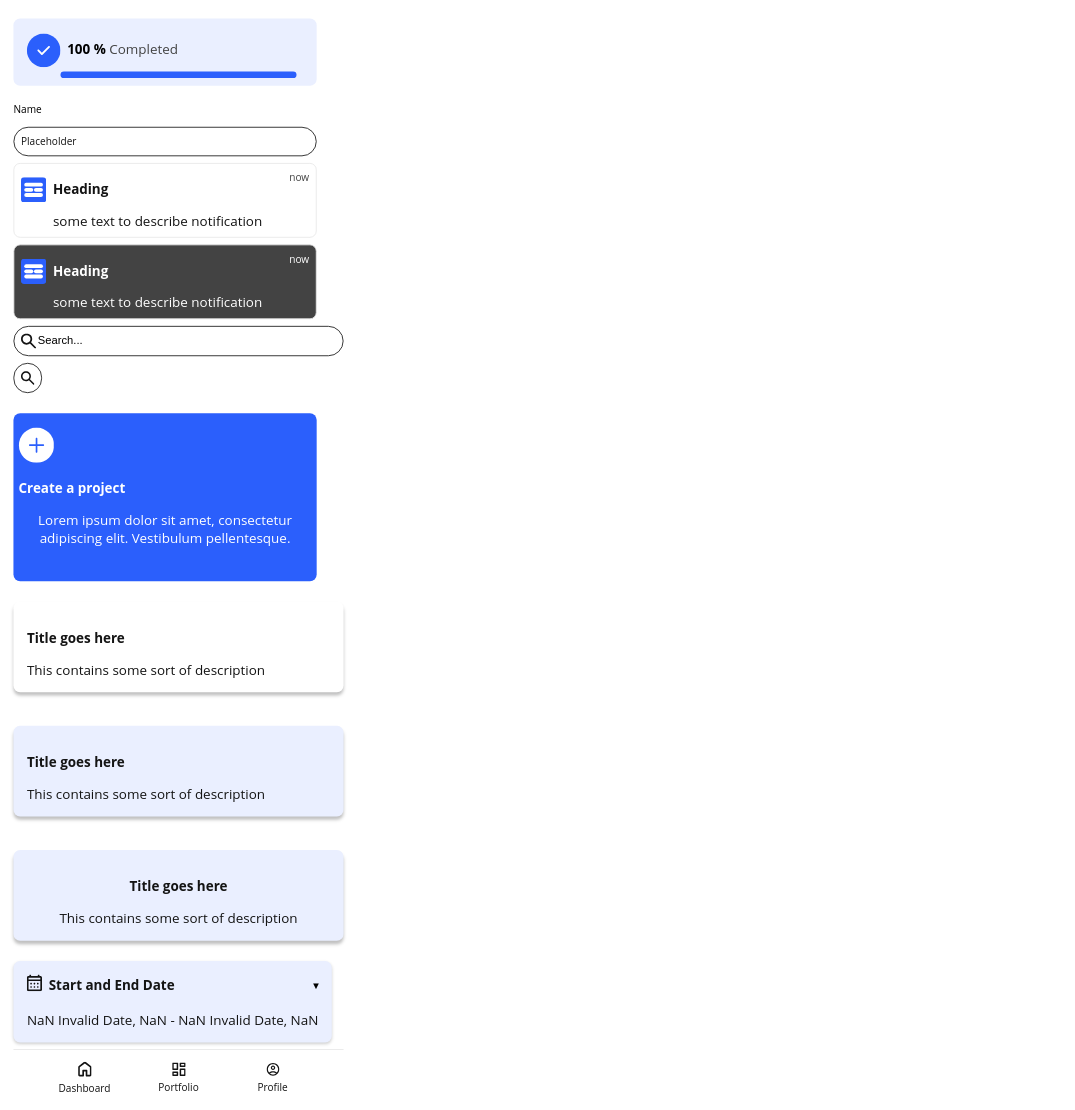
Repository: brunaguarizo/mosaic_app
Page: /
The author's editor kept a copy of each file at every save. The page is drawn from the files as they stood at one save, then again after the next save.
The browser window is 1280 px wide. The pictures show the whole page, at 84% of full size.
The project was rebuilt for these pictures with package versions that can differ from the ones it lists, and the page was loaded fresh each time. The framework's server and built-in components were replaced by stand-ins that run in the browser. Also part of the build but not shown: next.config.mjs, app/_ui/Button/Button.js, app/_ui/Tag/Tag.js, app/_ui/Project_card/Project_card.js, app/_ui/Date_PopUp/Date_PopUp.module.css, app/_ui/Date_PopUp/Date_PopUp.js.

Above is the page before, as saved 2025-04-18 20:25:44.

### app/page.js
import Styles from "@/app/page.module.css";
import Navbar from "@/app/_ui/navbar/navbar";
import ProjectCard from "./_ui/Project_card/Project_card";
import Button from "./_ui/Button/Button";
import DatePicker from "./_ui/Date_PopUp/Date_PopUp";
import DateCard from "./_ui/Date_Card/Date_Card";
import CreateProject from "./_ui/Create_Project_Button/Create_Project_Button";
import DescriptionBox from "./_ui/Description_Box/Description_Box";
import Searchbar from "./_ui/Search_Bar/Search_Bar";
import Headingbar from "./_ui/Heading_Bar/Heading_Bar";
import NotificationBox from "./_ui/Notification_Box/Notification_Box";
import ProgressBar from "./_ui/Progress_Bar/Progress_Bar";
import SingleInput from "./_ui/Input_Box/Input_Box";

export default function Home() {
    return (
        <div className={Styles.container}>
            <Headingbar
                heading='Heading'
                type='navigation'
            />
            <Headingbar
                heading='Heading'
                type='pagination'
            />
            <Headingbar
                heading='Heading'
                type='search'
            />
            <Headingbar
                heading='Heading'
                type='heading'
            />
            <ProgressBar CompletionAmount={100} />
            <SingleInput
                inputName='Name'
                placeholder='Placeholder'
            />
            <NotificationBox
                type='primary'
                notificationHeading='Heading'
                notificationBody='some text to describe notification'
                image='mosaic-favicon'
                time='now'
            />
            <NotificationBox
                type='secondary'
                notificationHeading='Heading'
                notificationBody='some text to describe notification'
                image='mosaic-favicon'
                time='now'
            />
            <Searchbar type='primary' />
            <Searchbar
                type='secondary'
                inputView='invisible'
            />

            <CreateProject />
            <DescriptionBox
                title='Title goes here'
                description='This contains some sort of description'
                useCase='primary'
            />
            <DescriptionBox
                title='Title goes here'
                description='This contains some sort of description'
                useCase='secondary'
            />
            <DescriptionBox
                title='Title goes here'
                description='This contains some sort of description'
                useCase='conditions'
            />
            <DateCard />
            <Navbar />
        </div>
    );
}

### app/globals.css
/* ------------------------------------------------------ GENERAL STYLES ------------------------------------------------------ */
*,
*::before,
*::after {
    box-sizing: inherit;
}

html,
body {
    padding: 0;
    margin: 0;
    font-family: var(--font-family);
    box-sizing: border-box;
}

html {
    display: flex;
    justify-content: center;
    align-items: center;
    width: 393px;
    height: 100%;
    margin: var(--space-regular);
}

.container {
}

.two-column {
    display: grid;
    grid-template-columns: 1fr 1fr;
    gap: var(--space-large);
}

/* ------------------------------------------------------ VARIABLES ------------------------------------------------------ */
:root {
    /* ----- COLORS ----- */
    --blue-primary: rgb(43, 95, 252);
    --blue-50: rgb(234, 239, 255);
    --blue-900: rgb(18, 40, 106);
    --white: #ffffff;
    --black: rgb(20, 20, 20);
    --grey-400: rgb(67, 67, 67);
    --yellow-secondary: rgb(255, 218, 1);
    --orange-secondary: rgb(255, 94, 9);
    --green-secondary: rgb(0, 193, 79);
    --purple-secondary: rgb(154, 65, 255);

    /* ----- TYPE ----- */
    --font-family: "Open Sans", sans-serif;

    --header-xxlarge-size: 88px;
    --title-section-font-size: 30px;
    --button-font-size: 24px;
    --body-text-font-size: 20px;
    --menu-font-size: 16px;
    --label-font-size: 12px;

    --font-style-normal: normal;
    --font-weight-bold: bold;

    --line-height-xxlarge: 100px;
    --line-height-large: 36px;
    --line-height-medium: 28px;
    --line-height-small: 20px;

    /* ----- SPACING ----- */
    --space-small: 8px;
    --space-regular: 16px;
    --space-medium: 32px;
    --space-large: 48px;
    --space-extra-large: 140px;
}

### app/_ui/navbar/navbar.module.css

.nav {
    width: 393px;
    height: 72px;
    justify-content: center;
    align-items: center;
    display: flex;
    flex-direction: row;
    padding: 0;
    margin: 0;
    gap: var(--space-large);
    border-top: 1px solid var(--grey-50);
}

.navbar__item {
    display: flex;
    flex-direction: column;
    justify-content: center;
    align-items: center;
    gap: 4px;
    text-decoration: none;
    width: 60px;
    height: 44px;
    padding-left: 32px;
    padding-right: 32px;
    margin: 0;
}

.navbar__icon {
    max-width: 16px;
    padding: 0;
    margin: 0;
    fill: var(--black);
}

.navbar__text {
    color: var(--black);
    font-size: var(--label-font-size);
    font-weight: var(--font-weight-400);
    line-height: var(--line-height-small);
    text-decoration: none;
    padding: 0;
    margin: 0;
}

.navbar__item:hover .navbar__text,
.navbar__item:hover .navbar__icon,
.navbar__item:active .navbar__text,
.navbar__item:active .navbar__icon {
  color: var(--blue-primary);
  fill: var(--blue-primary);
}

/* ------------------------------------------------------ VARIABLES ------------------------------------------------------ */
:root {
    /* ----- COLORS ----- */
    --blue-primary: rgb(43,95,252);
    --blue-50: rgb(234, 239, 255);
    --blue-900: rgb(18, 40, 106);
    --white: #FFFFFF;
    --grey-50: #E8E8E8;
    --black: rgb(20, 20, 20);
    --grey-400: rgb(67, 67, 67);
    --yellow-secondary: rgb(255, 218, 1);
    --orange-secondary: rgb(255, 94, 9);
    --green-secondary: rgb(0, 193, 79);
    --purple-secondary: rgb(154, 65, 255);

    /* ----- TYPE ----- */
    --font-family: "Open Sans", sans-serif;

    --header-xxlarge-size: 88px;
    --title-section-font-size: 30px;
    --button-font-size: 24px;
    --body-text-font-size: 20px;
    --menu-font-size: 16px;
    --label-font-size: 12px;

    --font-style-normal: normal;
    --font-weight-bold: bold;

    --line-height-xxlarge: 100px;
    --line-height-large: 36px;
    --line-height-medium: 28px;
    --line-height-small: 20px;

    /* ----- SPACING ----- */
    --space-small: 8px;
    --space-regular: 16px;
    --space-medium: 32px;
    --space-large: 48px;
    --space-extra-large: 88px;
  }

### app/_ui/Button/Button.module.css
.button {
    font-family: var(--font-family);
    font-size: var(--font-size-regular);
    font-weight: var(--font-weight-bold);
    width: 100%;
    padding-top: var(--space-small);
    padding-left: var(--space-regular);
    padding-right: var(--space-regular);
    padding-bottom: var(--space-small);
    border-radius: 100px;
    align-items: center;
    border: none;

    &:hover {
        background-color: var(--blue-900);
        color: var(--white);
    }
}

.primary {
    background: var(--blue-primary);
    color: var(--white);
}

.secondary {
    background-color: var(--white);
    border: 1px solid var(--blue-primary);
    color: var(--blue-primary);
}

.disabled {
    pointer-events: none;
    color: var(--white);
    background-color: var(--blue-100);
}

.small {
    font-size: var(--font-size-small);
    padding: var(--space-small);
    align-items: center;
}

.large {
    font-size: var(--font-size-large);
    padding: var(--space-regular);
}

.error {
    background-color: var(--orange-secondary);
}

/* ------------------------------------------------------ VARIABLES ------------------------------------------------------ */
:root {
    /* ----- COLORS ----- */
    --blue-primary: rgb(43, 95, 252);
    --blue-50: rgb(234, 239, 255);
    --blue-100: #bdcdfe;
    --blue-900: rgb(18, 40, 106);
    --white: #ffffff;
    --black: rgb(20, 20, 20);
    --grey-400: rgb(67, 67, 67);
    --yellow-secondary: rgb(255, 218, 1);
    --orange-secondary: rgb(255, 94, 9);
    --green-secondary: rgb(0, 193, 79);
    --purple-secondary: rgb(154, 65, 255);

    /* ----- TYPE ----- */
    --font-family: "Open Sans", sans-serif;

    --font-size-extra-large: 30px;
    --font-size-large: 24px;
    --font-size-medium: 20px;
    --font-size-regular: 16px;
    --font-size-small: 12px;

    --font-style-normal: normal;
    --font-weight-bold: bold;

    --line-height-xxlarge: 100px;
    --line-height-large: 36px;
    --line-height-medium: 28px;
    --line-height-small: 20px;

    /* ----- SPACING ----- */
    --space-small: 8px;
    --space-regular: 16px;
    --space-medium: 32px;
    --space-large: 48px;
    --space-extra-large: 140px;
}

### app/_ui/Date_Card/Date_Card.module.css
.card {
    background-color: var(--blue-50);
    border-radius: var(--space-small);
    padding: var(--space-regular);
    gap: var(--space-regular);
    box-shadow: 0 2px 4px rgba(0, 0, 0, 0.2);
    font-family: var(--font-family);
    cursor: pointer;
    display: flex;
    flex-direction: column;
    width: fit-content;
}

.header {
    display: flex;
    align-items: center;
    gap: var(--space-small);
    font-size: var(--font-size-regular);
    font-weight: var(--font-weight-bold);
    color: var(--black);
}

.label {
    flex-grow: 1;
}

.arrow {
    font-size: var(--font-size-small);
    color: black;
}

.arrow:hover {
    font-size: var(--font-size-small);
    color: var(--blue-primary);
}

.dateRange {
    margin-top: 2px;
    font-size: var(--font-size-regular);
    color: var(--black);
}

/* ------------------------------------------------------ VARIABLES ------------------------------------------------------ */
:root {
    /* ----- COLORS ----- */
    --blue-primary: rgb(43, 95, 252);
    --blue-50: rgb(234, 239, 255);
    --blue-100: #bdcdfe;
    --blue-900: rgb(18, 40, 106);
    --white: #ffffff;
    --black: rgb(20, 20, 20);
    --grey-400: rgb(67, 67, 67);
    --yellow-secondary: rgb(255, 218, 1);
    --orange-secondary: rgb(255, 94, 9);
    --green-secondary: rgb(0, 193, 79);
    --purple-secondary: rgb(154, 65, 255);

    /* ----- TYPE ----- */
    --font-family: "Open Sans", sans-serif;

    --font-size-extra-large: 30px;
    --font-size-large: 24px;
    --font-size-medium: 20px;
    --font-size-regular: 16px;
    --font-size-small: 12px;

    --font-style-normal: normal;
    --font-weight-bold: bold;

    --line-height-xxlarge: 100px;
    --line-height-large: 36px;
    --line-height-medium: 28px;
    --line-height-small: 20px;

    /* ----- SPACING ----- */
    --space-small: 8px;
    --space-regular: 16px;
    --space-medium: 32px;
    --space-large: 48px;
    --space-extra-large: 140px;
}

### app/_ui/Create_Project_Button/Create_Project_Button.module.css
.button_background {
    background-color: var(--blue-primary);
    border-radius: var(--space-small);
    border: none;
    width: 361px;
    height: 200px;
    display: flex;
    flex-direction: column;
    margin-top: var(--space-regular);
}

.button_icon {
    width: 42px;
    height: 42px;
    align-self: center;
    box-sizing: content-box;
    margin-top: var(--space-regular);
}

.button_heading {
    text-align: center;
    font-family: "Open Sans", sans-serif;
    font-size: var(--menu-font-size);
    font-weight: var(--font-weight-bold);
    color: white;
    padding: 0px;
    border: 0px;
    margin-top: var(--space-regular);
    margin-bottom: 0px;
}

.button_description {
    font-family: "Open Sans", sans-serif;
    font-size: var(--menu-font-size);
    font-style: var(--font-weight-normal);
    color: white;
    border: 0px;
    padding: 0px;
    margin-top: var(--space-regular);
    margin-bottom: 0px;
}
/* ------------------------------------------------------ VARIABLES ------------------------------------------------------ */
:root {
    /* ----- COLORS ----- */
    --blue-primary: rgb(43, 95, 252);
    --blue-50: rgb(234, 239, 255);
    --blue-900: rgb(18, 40, 106);
    --white: #ffffff;
    --grey-50: #e8e8e8;
    --black: rgb(20, 20, 20);
    --grey-400: rgb(67, 67, 67);
    --yellow-secondary: rgb(255, 218, 1);
    --orange-secondary: rgb(255, 94, 9);
    --green-secondary: rgb(0, 193, 79);
    --purple-secondary: rgb(154, 65, 255);

    /* ----- TYPE ----- */
    --font-family: "Open Sans", sans-serif;

    --header-xxlarge-size: 88px;
    --title-section-font-size: 30px;
    --button-font-size: 24px;
    --body-text-font-size: 20px;
    --menu-font-size: 16px;
    --label-font-size: 12px;

    --font-style-normal: normal;
    --font-weight-bold: bold;

    --line-height-xxlarge: 100px;
    --line-height-large: 36px;
    --line-height-medium: 28px;
    --line-height-small: 20px;

    /* ----- SPACING ----- */
    --space-small: 8px;
    --space-regular: 16px;
    --space-medium: 32px;
    --space-large: 48px;
    --space-extra-large: 140px;
}

### app/_ui/Search_Bar/Search_Bar.module.css
.primary {
    border: 1px solid var(--black);
    padding: var(--space-small);
    box-sizing: content-box;
    display: flex;
    flex-direction: row;
    border-radius: var(--border-radius-large);
}

.secondary {
    border: 1px solid var(--black);
    border-radius: var(--border-radius-large);
    width: var(--space-regular);
}

.visible {
    border: none;
}
.invisible {
    display: none;
}

.search_item {
    border: none;
}

.search_item:focus {
    outline: none;
    box-shadow: none;
}

/* ------------------------------------------------------ VARIABLES ------------------------------------------------------ */
:root {
    /* ----- COLORS ----- */
    --blue-primary: rgb(43, 95, 252);
    --blue-50: rgb(234, 239, 255);
    --blue-900: rgb(18, 40, 106);
    --white: #ffffff;
    --grey-50: #e8e8e8;
    --black: rgb(20, 20, 20);
    --grey-400: rgb(67, 67, 67);
    --yellow-secondary: rgb(255, 218, 1);
    --orange-secondary: rgb(255, 94, 9);
    --green-secondary: rgb(0, 193, 79);
    --purple-secondary: rgb(154, 65, 255);

    /* ----- BORDER RADIUS ----- */
    --border-radius-large: 100px;

    /* ----- TYPE ----- */
    --font-family: "Open Sans", sans-serif;

    --header-xxlarge-size: 88px;
    --title-section-font-size: 30px;
    --button-font-size: 24px;
    --body-text-font-size: 20px;
    --menu-font-size: 16px;
    --label-font-size: 12px;

    --font-style-normal: normal;
    --font-weight-bold: bold;

    --line-height-xxlarge: 100px;
    --line-height-large: 36px;
    --line-height-medium: 28px;
    --line-height-small: 20px;

    /* ----- SPACING ----- */
    --space-small: 8px;
    --space-regular: 16px;
    --space-medium: 32px;
    --space-large: 48px;
    --space-extra-large: 140px;
}

### app/_ui/Heading_Bar/Heading_Bar.module.css
.contentInner {
    display: flex;
    flex-direction: column;
    gap: var(--space-regular);
}

.row {
    display: flex;
    align-items: center;
}

.heading {
    flex-grow: 1;
    text-align: center;
    font-weight: var(--font-weight-normal);
    font-size: var(--button-font-size);
}

.icon {
    color: var(--blue-50);
    display: flex;
    align-items: center;
    justify-content: center;
}
.visible {
    display: flex;
}

.hidden {
    display: none;
}

.iconButton {
    background: none;
    border: none;
    color: var(--blue-50);
    display: flex;
    align-items: center;
    justify-content: center;
    padding: var(--space-small);
}

.iconButton:hover {
    background-color: var(--blue-50);
    border-radius: var(--border-radius-large);
}

.pagination {
    flex-grow: 1;
    text-align: right;
    color: var(--black);
    font-size: var(--menu-font-size);
    padding-right: var(--space-small);
}
/* ------------------------------------------------------ VARIABLES ------------------------------------------------------ */
:root {
    /* ----- COLORS ----- */
    --blue-primary: rgb(43, 95, 252);
    --blue-50: rgb(234, 239, 255);
    --blue-900: rgb(18, 40, 106);
    --white: #ffffff;
    --grey-50: #e8e8e8;
    --black: rgb(20, 20, 20);
    --grey-400: rgb(67, 67, 67);
    --yellow-secondary: rgb(255, 218, 1);
    --orange-secondary: rgb(255, 94, 9);
    --green-secondary: rgb(0, 193, 79);
    --purple-secondary: rgb(154, 65, 255);

    /* ----- BORDER RADIUS ----- */
    --border-radius-large: 100px;

    /* ----- TYPE ----- */
    --font-family: "Open Sans", sans-serif;

    --header-xxlarge-size: 88px;
    --title-section-font-size: 30px;
    --button-font-size: 24px;
    --body-text-font-size: 20px;
    --menu-font-size: 16px;
    --label-font-size: 12px;

    --font-style-normal: normal;
    --font-weight-bold: bold;

    --line-height-xxlarge: 100px;
    --line-height-large: 36px;
    --line-height-medium: 28px;
    --line-height-small: 20px;

    /* ----- SPACING ----- */
    --space-small: 8px;
    --space-regular: 16px;
    --space-medium: 32px;
    --space-large: 48px;
    --space-extra-large: 140px;
}

### app/_ui/Progress_Bar/Progress_Bar.module.css
.background {
    background-color: var(--blue-50);
    display: flex;
    flex-direction: row;
    border-radius: var(--space-small);
    align-items: center;
    padding: 16px;
    width: 361px;
    height: 80px;
    margin-top: var(--space-regular);
}
.icon {
    color: var(--blue-primary);
}

.content_row {
    display: flex;
    flex-direction: column;
}

.bar_text {
    display: flex;
    flex-direction: row;
    align-items: center;
}
.bar_completion,
.bar_amount {
    font-family: var(--font-family);
}
.bar_completion {
    color: var(--grey-400);
}
.bar_amount {
    font-size: var(--menu-font-size);
    padding-right: 4px;
}
.bar_text {
    padding-left: var(--space-small);
}

.bar {
    background-color: var(--blue-primary);
    width: 281px;
    height: var(--space-small);
    border-radius: var(--space-small);
}

/* ------------------------------------------------------ VARIABLES ------------------------------------------------------ */
:root {
    /* ----- COLORS ----- */
    --blue-primary: rgb(43, 95, 252);
    --blue-50: rgb(234, 239, 255);
    --blue-900: rgb(18, 40, 106);
    --white: #ffffff;
    --grey-50: #e8e8e8;
    --black: rgb(20, 20, 20);
    --grey-400: rgb(67, 67, 67);
    --yellow-secondary: rgb(255, 218, 1);
    --orange-secondary: rgb(255, 94, 9);
    --green-secondary: rgb(0, 193, 79);
    --purple-secondary: rgb(154, 65, 255);

    /* ----- TYPE ----- */
    --font-family: "Open Sans", sans-serif;

    --header-xxlarge-size: 88px;
    --title-section-font-size: 30px;
    --button-font-size: 24px;
    --body-text-font-size: 20px;
    --menu-font-size: 16px;
    --label-font-size: 12px;

    --font-style-normal: normal;
    --font-weight-bold: bold;

    --line-height-xxlarge: 100px;
    --line-height-large: 36px;
    --line-height-medium: 28px;
    --line-height-small: 20px;

    /* ----- SPACING ----- */
    --space-small: 8px;
    --space-regular: 16px;
    --space-medium: 32px;
    --space-large: 48px;
    --space-extra-large: 140px;
}

### app/_ui/Input_Box/Input_Box.module.css
.primary {
    border-radius: 100px;
    width: 361px;
}

.hidden {
    display: none;
}

.secondary {
    border: 1px solid var(--black);
    padding: 8px;
    margin-top: var(--space-regular);
    border-radius: 100px;
    width: 361px;
}
.input_name {
    font-family: var(--font-family);
    font-size: var(--label-font-size);
}

.input_box {
    font-family: var(--font-family);
    font-size: var(--label-font-size);
    color: var(--black);
    padding: 8px;
    border-radius: 100px;
    width: 361px;
    border: 1px solid var(--black);
}

/* ------------------------------------------------------ VARIABLES ------------------------------------------------------ */
:root {
    /* ----- COLORS ----- */
    --blue-primary: rgb(43, 95, 252);
    --blue-50: rgb(234, 239, 255);
    --blue-900: rgb(18, 40, 106);
    --white: #ffffff;
    --grey-50: #e8e8e8;
    --black: rgb(20, 20, 20);
    --grey-400: rgb(67, 67, 67);
    --yellow-secondary: rgb(255, 218, 1);
    --orange-secondary: rgb(255, 94, 9);
    --green-secondary: rgb(0, 193, 79);
    --purple-secondary: rgb(154, 65, 255);

    /* ----- TYPE ----- */
    --font-family: "Open Sans", sans-serif;

    --header-xxlarge-size: 88px;
    --title-section-font-size: 30px;
    --button-font-size: 24px;
    --body-text-font-size: 20px;
    --menu-font-size: 16px;
    --label-font-size: 12px;

    --font-style-normal: normal;
    --font-weight-bold: bold;

    --line-height-xxlarge: 100px;
    --line-height-large: 36px;
    --line-height-medium: 28px;
    --line-height-small: 20px;

    /* ----- SPACING ----- */
    --space-small: 8px;
    --space-regular: 16px;
    --space-medium: 32px;
    --space-large: 48px;
    --space-extra-large: 140px;
}

### app/_ui/Tag/Tag.module.css
.tag {
    font-family: var(--font-family);
    font-size: var(--font-size-small);
    font-weight: var(--font-weight-regular);
    width: 80px;
    padding: var(--space-extra-small);
    border-radius: 100px;
    border: none;
    background-color: var(--orange-secondary);

    display: flex;
    justify-content: center;
    align-items: center;
    text-align: center;
}

/* ------------------------------------------------------ VARIABLES ------------------------------------------------------ */
:root {
    /* ----- COLORS ----- */
    --blue-primary: rgb(43, 95, 252);
    --blue-50: rgb(234, 239, 255);
    --blue-100: #bdcdfe;
    --blue-900: rgb(18, 40, 106);
    --white: #ffffff;
    --black: rgb(20, 20, 20);
    --grey-400: rgb(67, 67, 67);
    --yellow-secondary: rgb(255, 218, 1);
    --orange-secondary: rgb(255, 94, 9);
    --green-secondary: rgb(0, 193, 79);
    --purple-secondary: rgb(154, 65, 255);

    /* ----- TYPE ----- */
    --font-family: "Open Sans", sans-serif;

    --font-size-extra-large: 30px;
    --font-size-large: 24px;
    --font-size-medium: 20px;
    --font-size-regular: 16px;
    --font-size-small: 12px;

    --font-style-normal: normal;
    --font-weight-bold: bold;

    --line-height-xxlarge: 100px;
    --line-height-large: 36px;
    --line-height-medium: 28px;
    --line-height-small: 20px;

    /* ----- SPACING ----- */
    --space-extra-small: 4px;
    --space-small: 8px;
    --space-regular: 16px;
    --space-medium: 32px;
    --space-large: 48px;
    --space-extra-large: 140px;
}

Loaded but not shown: app/layout.js (common file); app/_ui/Heading_Bar/Heading_Bar.js (110 lines, source omitted); app/_ui/navbar/navbar.js (56 lines, source omitted); app/_ui/Date_Card/Date_Card.js (50 lines, source omitted); app/_ui/Search_Bar/Search_Bar.js (36 lines, source omitted); app/_ui/Create_Project_Button/Create_Project_Button.js (38 lines, source omitted); app/_ui/Progress_Bar/Progress_Bar.js (38 lines, source omitted); app/_ui/Notification_Box/Notification_Box.js (37 lines, source omitted); app/_ui/Input_Box/Input_Box.js (27 lines, source omitted); app/_ui/Description_Box/Description_Box.js (18 lines, source omitted); app/page.module.css (174 lines, source omitted); app/_ui/Description_Box/Description_Box.module.css (94 lines, source omitted); app/_ui/Notification_Box/Notification_Box.module.css (107 lines, source omitted); app/_ui/Project_card/Project_card.module.css (102 lines, source omitted)

After the next save:
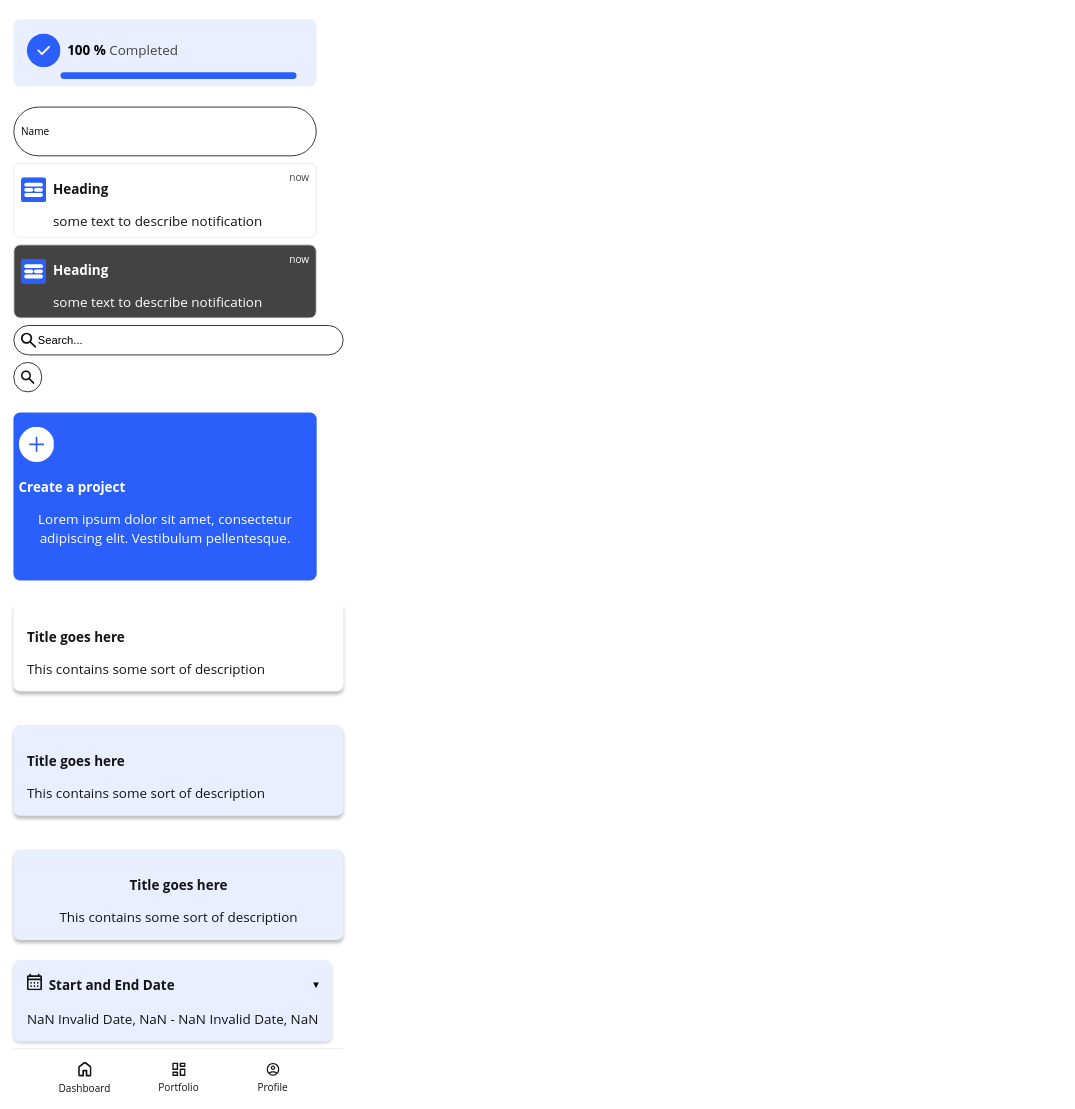
Saved 19 s later.
--- a/app/page.js
+++ b/app/page.js
@@ -33,6 +33,7 @@ export default function Home() {
             />
             <ProgressBar CompletionAmount={100} />
             <SingleInput
+                type='secondary'
                 inputName='Name'
                 placeholder='Placeholder'
             />
